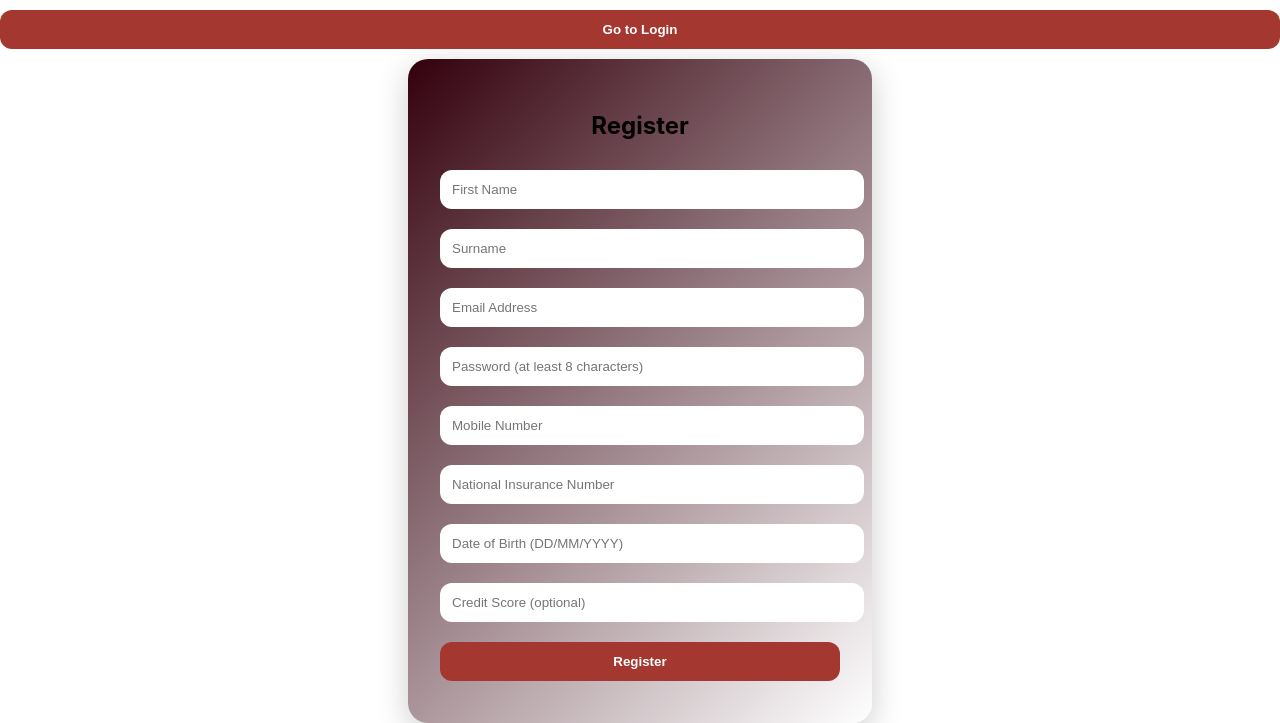
Repository: aab232/https---github.com-aab232-Deferred-Payment-Platform
Page: / (app in frontend/), after clicking the first element matching `button`
These files come from the project's save history. The page is drawn as it stood at one moment and after the next save; the edit follows.
The browser window is 1280 px wide. The pictures show the whole page.
The project was rebuilt for these pictures with package versions that can differ from the ones it lists, and the page was loaded fresh each time.

Above is the page before, as saved 2025-03-14 01:28:37.

### frontend/src/App.js
import React, { useState } from "react";
import Register from "./components/Register";
import Login from "./components/Login";

const App = () => {
    const [showLogin, setShowLogin] = useState(true);

    return (
        <div>
            <button onClick={() => setShowLogin(!showLogin)}>
                {showLogin ? "Go to Register" : "Go to Login"}
            </button>
            {showLogin ? <Login /> : <Register />}
        </div>
    );
};

export default App;

### frontend/src/components/Register.js
import React, { useState } from "react";
import axios from "axios";
import { NumericFormat } from "react-number-format"; // Corrected import
import "./Register.css";

const Register = () => {
    const [formData, setFormData] = useState({
        firstName: "",
        surname: "",
        email: "",
        password: "",
        mobileNumber: "",
        niNumber: "",
        date_of_birth: "",
        credit_score: "",
    });

    const handleChange = (e) => {
        setFormData({ ...formData, [e.target.name]: e.target.value });
    };

    const handleSubmit = async (e) => {
        e.preventDefault();
        try {
            const response = await axios.post("http://localhost:5000/register", formData);
            alert(response.data.message);
        } catch (error) {
            alert(error.response?.data.message || "Registration failed.");
        }
    };

    return (
        <div className="form-container">
            <h2>Register</h2>
            <form onSubmit={handleSubmit}>
                <input
                    type="text"
                    name="firstName"
                    placeholder="First Name"
                    value={formData.firstName}
                    onChange={handleChange}
                    required
                />
                <input
                    type="text"
                    name="surname"
                    placeholder="Surname"
                    value={formData.surname}
                    onChange={handleChange}
                    required
                />
                <input
                    type="email"
                    name="email"
                    placeholder="Email Address"
                    value={formData.email}
                    onChange={handleChange}
                    required
                />
                <input
                    type="password"
                    name="password"
                    placeholder="Password (at least 8 characters)"
                    value={formData.password}
                    onChange={handleChange}
                    required
                />
                <input
                    type="text"
                    name="mobileNumber"
                    placeholder="Mobile Number"
                    value={formData.mobileNumber}
                    onChange={handleChange}
                    required
                />
                <input
                    type="text"
                    name="niNumber"
                    placeholder="National Insurance Number"
                    value={formData.niNumber}
                    onChange={handleChange}
                    required
                />
                <NumericFormat
                    format="##/##/####"
                    mask="_"
                    name="date_of_birth"
                    placeholder="Date of Birth (DD/MM/YYYY)"
                    value={formData.date_of_birth}
                    onChange={handleChange}
                    required
                />
                <input
                    type="text"
                    name="credit_score"
                    placeholder="Credit Score (optional)"
                    value={formData.credit_score}
                    onChange={handleChange}
                />
                <button type="submit">Register</button>
            </form>
        </div>
    );
};

export default Register;

### frontend/src/components/Login.js
import React, { useState } from "react";
import axios from "axios";
import "./Login.css"; // Import the CSS for Login page

const Login = () => {
    const [formData, setFormData] = useState({
        email: "",
        password: "",
    });

    const handleChange = (e) => {
        setFormData({ ...formData, [e.target.name]: e.target.value });
    };

    const handleSubmit = async (e) => {
        e.preventDefault();
        try {
            const response = await axios.post("http://localhost:5000/login", formData);
            alert(response.data.message);
        } catch (error) {
            alert(error.response?.data.message || "Login failed.");
        }
    };

    return (
        <div className="container">
            <h2>Login</h2>
            <form onSubmit={handleSubmit}>
                {Object.keys(formData).map((field) => (
                    <input
                        key={field}
                        type={field === "password" ? "password" : "text"}
                        name={field}
                        placeholder={field}
                        value={formData[field]}
                        onChange={handleChange}
                        required
                    />
                ))}
                <button type="submit">Login</button>
            </form>
        </div>
    );
};

export default Login;

### frontend/src/components/Register.css
/* Styling for the Registration Form */
.form-container {
    max-width: 400px;
    margin: auto;
    padding: 2rem;
    background: linear-gradient(135deg, #33000D, white);
    border-radius: 20px;
    box-shadow: 0 8px 32px rgba(0, 0, 0, 0.2);
    text-align: center;
  }

  input, button {
    margin: 10px 0;
    padding: 12px;
    width: 100%;
    border-radius: 12px;
    border: none;
  }

  button {
    background-color: #6a11cb;
    color: white;
    font-weight: bold;
    cursor: pointer;
  }

  p {
    cursor: pointer;
    color: #6a11cb;
  }

### frontend/src/components/Login.css
/* Styling for the Login Form */
.container {
    max-width: 400px;
    margin: auto;
    padding: 2rem;
    background: linear-gradient(135deg, #33000D, #FDD9E5);
    border-radius: 20px;
    box-shadow: 0 8px 32px rgba(0, 0, 0, 0.2);
    text-align: center;
  }

  input, button {
    margin: 10px 0;
    padding: 12px;
    width: 100%;
    border-radius: 12px;
    border: none;
  }

  button {
    background-color: #a4372f;
    color: white;
    font-weight: bold;
    cursor: pointer;
  }

  p {
    cursor: pointer;
    color: #a4372f;
  }

Loaded but not shown: frontend/public/index.html (common file); frontend/src/index.js (common file); frontend/src/index.css (common file); frontend/src/reportWebVitals.js (common file)

After the next save:
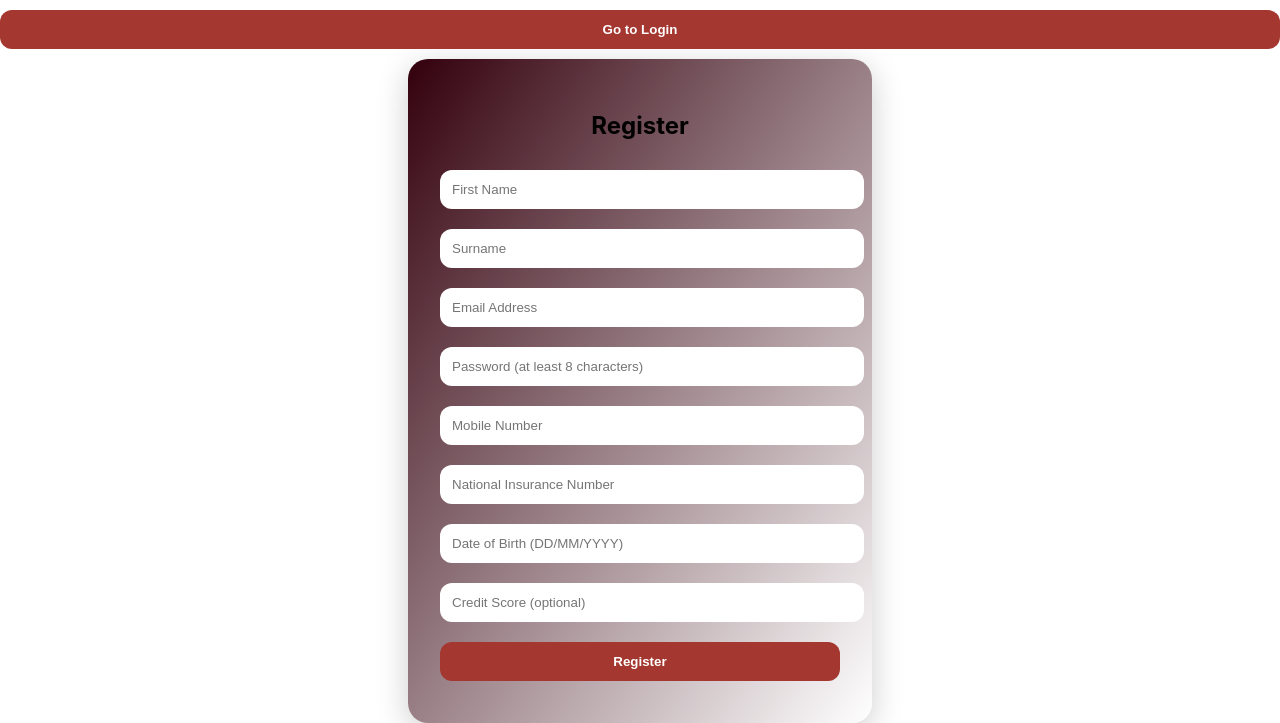
Saved 10 s later.
--- a/frontend/src/components/Register.css
+++ b/frontend/src/components/Register.css
@@ -3,7 +3,7 @@
     max-width: 400px;
     margin: auto;
     padding: 2rem;
-    background: linear-gradient(135deg, #33000D, white);
+    background: linear-gradient(125deg, #33000D, white);
     border-radius: 20px;
     box-shadow: 0 8px 32px rgba(0, 0, 0, 0.2);
     text-align: center;
